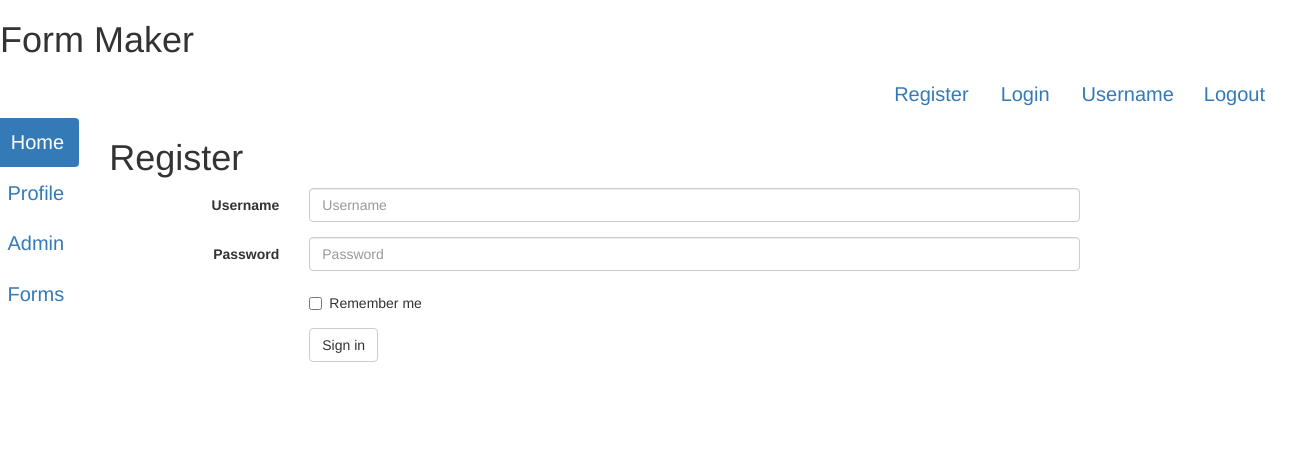
Repository: dishant8/Web-development
Page: public/WebDevWorkspace/experiment/WebContent/CSS/Bootstrap/Register.html
These files come from the project's save history. The page is drawn as it stood at one moment and after a run of saves; the edit follows.
The browser window is 1280 px wide. The page is 1295 px wide, so the pictures cover 1295 px, including what lies to the right of the window. The pictures show the whole page.

Above is the page before, as saved 2015-09-30 22:33:28.

### public/WebDevWorkspace/experiment/WebContent/CSS/Bootstrap/Register.html
<!DOCTYPE html>
<html>
<head>
<meta charset="ISO-8859-1">
<title>Home</title>
<!--   <link href="css/bootstrap.min.css" rel="stylesheet" />-->
<link href="app/vendor/bootstrap/dist/css/bootstrap.min.css"
	rel="stylesheet" />

<link rel="stylesheet" href="style.css" />


</head>
<body>
	<div>
		<header id="form">
			<h1>Form Maker</h1>
			<ul class="nav nav-pills">
				<li id="logout" role="presentation"><a href="login.html">Logout</a></li>
				<li id="username" role="presentation"><a href="home.html">Username</a></li>
				<li id="login" role="presentation"><a href="login.html">Login</a></li>
				<li id="register" role="presentation"><a href="register.html">Register</a></li>
			</ul>
		</header>



	</div>

	<div class="row">

		<div class="col-xs-1">

			<ul class="nav nav-pills nav-stacked">
				<li role="presentation" class="active"><a href="home.html">Home</a></li>
				<li role="presentation"><a href="profile.html">Profile</a></li>
				<li role="presentation"><a href="admin.html">Admin</a></li>
				<li role="presentation"><a href="forms.html">Forms</a></li>
			</ul>
		</div>

		<div class="col-xs-11">
			<h1>Register</h1>
			<form class="form-horizontal">
				<div class="form-group">
					<label for="username" class="col-sm-2 control-label">Username</label>
					<div class="col-sm-8">
						<input type="text" class="form-control" id="username"
							placeholder="Username">
					</div>
				</div>
				<div class="form-group">
					<label for="password" class="col-sm-2 control-label">Password</label>
					<div class="col-sm-8">
						<input type="password" class="form-control" id="password"
							placeholder="Password">
					</div>
				</div>
				<div class="form-group">
					<div class="col-sm-offset-2 col-sm-10">
						<div class="checkbox">
							<label> <input type="checkbox"> Remember me
							</label>
						</div>
					</div>
				</div>
				<div class="form-group">
					<div class="col-sm-offset-2 col-sm-10">
						<button type="submit" class="btn btn-default">Sign in</button>
					</div>
				</div>
			</form>


		</div>

### public/WebDevWorkspace/experiment/WebContent/CSS/Bootstrap/style.css
body{
margin="10px";
padding="10px";

}

.col-md-1{
	border-right: black solid medium;
	border-top: black solid medium;
	border-bottom: black solid medium;
	border-left: black solid medium;
	font-size :15px;

}

#form{
		font-size: 20px;
	}


.contain{
		border-bottom: black solid medium;
	border-top: black solid medium;
	border-right: black solid medium;
	border-left: black solid medium;
	margin-top: 30 px;
	margin-bottom: 30 px;
	margin-left: 30 px;
	margin-right: 30 px;

}

#navigate{
	float= right;
	font-size: 20px;
}

.nav-pills>li{
	float: right;
	font-size: 20px;
}

Loaded but not shown: public/WebDevWorkspace/experiment/WebContent/CSS/Bootstrap/app/vendor/bootstrap/dist/css/bootstrap.min.css (library)

After the next 2 saves:
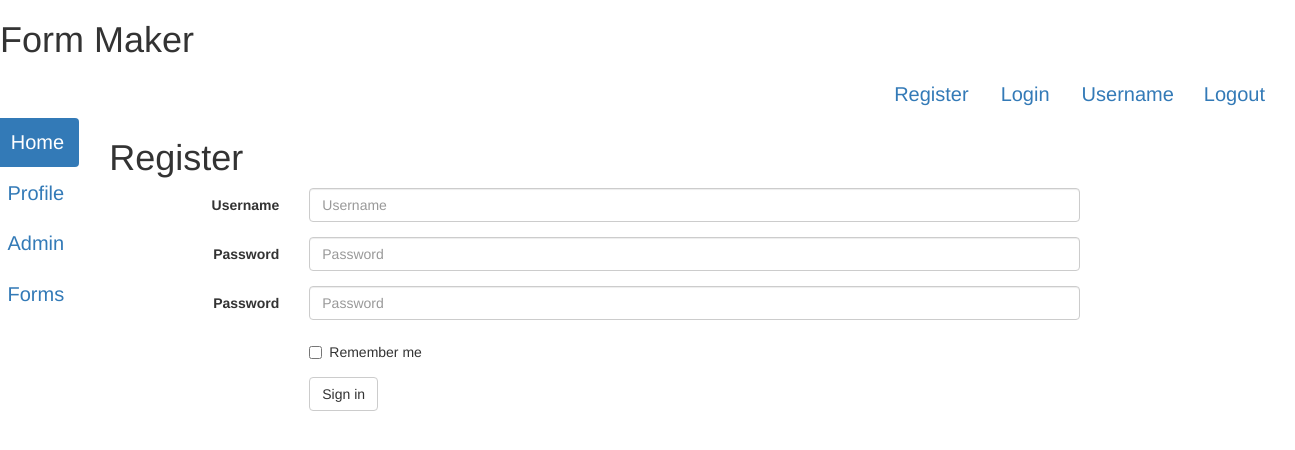
The 2 saves are shown as one change because they came seconds apart.
The last was saved 18 s later.
--- a/public/WebDevWorkspace/experiment/WebContent/CSS/Bootstrap/Register.html
+++ b/public/WebDevWorkspace/experiment/WebContent/CSS/Bootstrap/Register.html
@@ -57,6 +57,13 @@
 					</div>
 				</div>
 				<div class="form-group">
+					<label for="password" class="col-sm-2 control-label">Password</label>
+					<div class="col-sm-8">
+						<input type="password" class="form-control" id="password"
+							placeholder="Password">
+					</div>
+				</div>
+				<div class="form-group">
 					<div class="col-sm-offset-2 col-sm-10">
 						<div class="checkbox">
 							<label> <input type="checkbox"> Remember me
